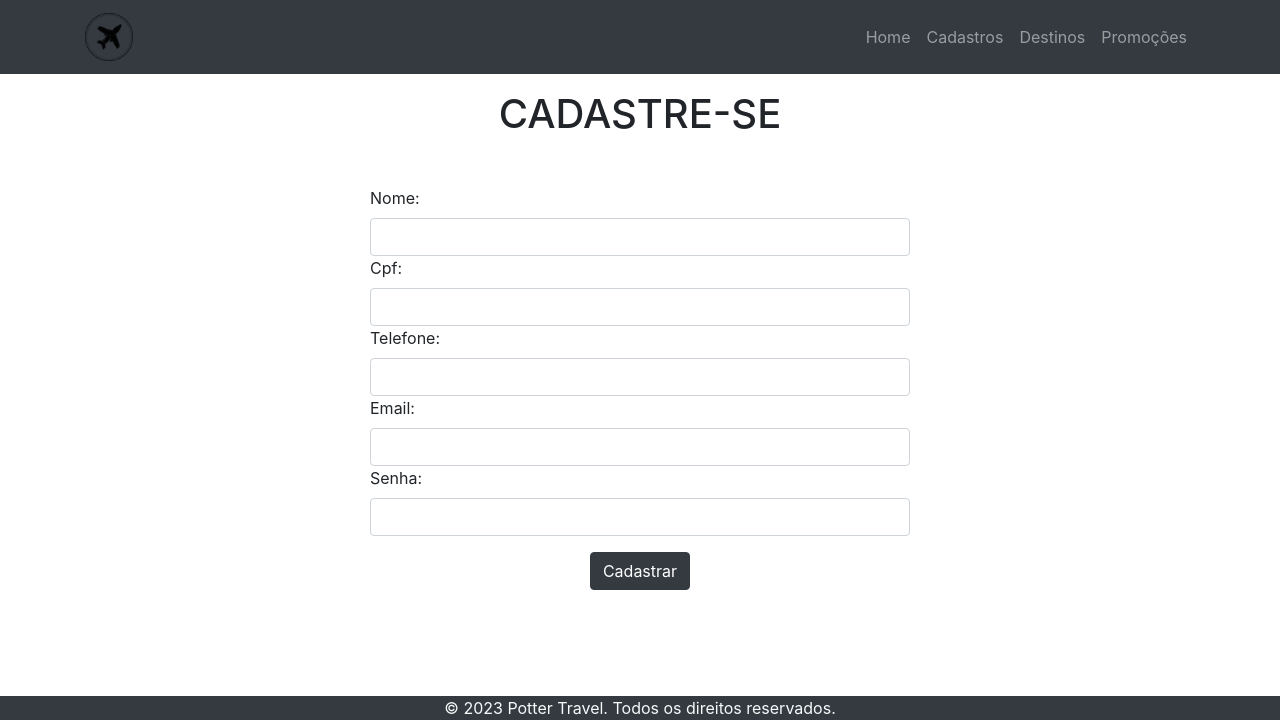
Repository: marcelledssantos/PotterTravel-MVC
Page: http://localhost/PotterTravel-MVC/cadastro.jsp
These files come from the project's save history. The page is drawn as it stood at one moment and after the next save; the edit follows.
The browser window is 1280 px wide. The pictures show the whole page.
Some web libraries are served in a nearby version. The page is served by Tomcat 9. Other server files are loaded and not shown.

Above is the page before, as saved 2023-11-03 00:02:55.

### PotterTravel-MVC/src/main/webapp/cadastro.jsp
<%@ page language="java" contentType="text/html; charset=UTF-8"
	pageEncoding="UTF-8"%>
<!DOCTYPE html>
<html>
<head>
<meta charset="UTF-8">

<link rel="stylesheet"
	href="https://maxcdn.bootstrapcdn.com/bootstrap/4.5.2/css/bootstrap.min.css">
<title>Create</title>
</head>
<body>
	<!-- Cabeçalho -->
	<header>
		<nav class="navbar navbar-expand-lg navbar-dark  bg-dark text-light">
			<div class="container">
				<a class="navbar-brand" href="#"><img src="./Icon/aviao.png"
					height="48px"></a>
				<button class="navbar-toggler" type="button" data-toggle="collapse"
					data-target="#navbarNav" aria-controls="navbarNav"
					aria-expanded="false" aria-label="Toggle navigation">
					<span class="navbar-toggler-icon"></span>
				</button>
				<div class="collapse navbar-collapse" id="navbarNav">
					<ul class="navbar-nav ml-auto">
						<li class="nav-item"><a class="nav-link" href="index.html">Home</a>
						</li>
						<li class="nav-item"><a class="nav-link"
							href="./ReadController">Cadastros</a></li>
						<li class="nav-item"><a class="nav-link" href="#">Destinos</a></li>
						<li class="nav-item"><a class="nav-link" href="#">Promoções</a>
						</li>
					</ul>
				</div>
			</div>
		</nav>
	</header>
	<div class="container">
		<div class="row justify-content-center">
			<div class="col-md-6">
				<h1 class="mt-3 text-center text-uppercase">Cadastre-se</h1>
				<form class="mt-5" action="CreateController" method="post">
					<div class="form-group">

						<label for="nome">Nome:</label> <input type="text" class="form-control" id="nome" name="nome" required>

						<label for="nome">Cpf:</label> <input type="text" class="form-control"
							id="cpf" name="cpf" required>

						<label for="nome">Telefone:</label> <input type="text" class="form-control" id="telefone"
							name="telefone" required>

						<label for="login">Email:</label> <input type="email" class="form-control" id="email" name="email"
							required>

						<label for="senha">Senha:</label> <input type="password" class="form-control" id="senha" name="senha"required>

					</div>

					<div class="col-12 text-center">
						<button type="submit" class="btn btn-dark mx auto">Cadastrar</button>
					</div>
				</form>
			</div>
		</div>
	</div>

	<footer class="bg-dark text-light text-center mt -5 fixed-bottom">
		&copy; 2023 Potter Travel. Todos os direitos reservados. </footer>

	<script src="https://code.jquery.com/jquery-3.5.1.slim.min.js"></script>
	<script
		src="https://cdn.jsdelivr.net/npm/@popperjs/core@2.5.3/dist/umd/popper.min.js"></script>
	<script
		src="https://maxcdn.bootstrapcdn.com/bootstrap/4.5.2/js/bootstrap.min.js"></script>

</body>
</html>

After the next save:
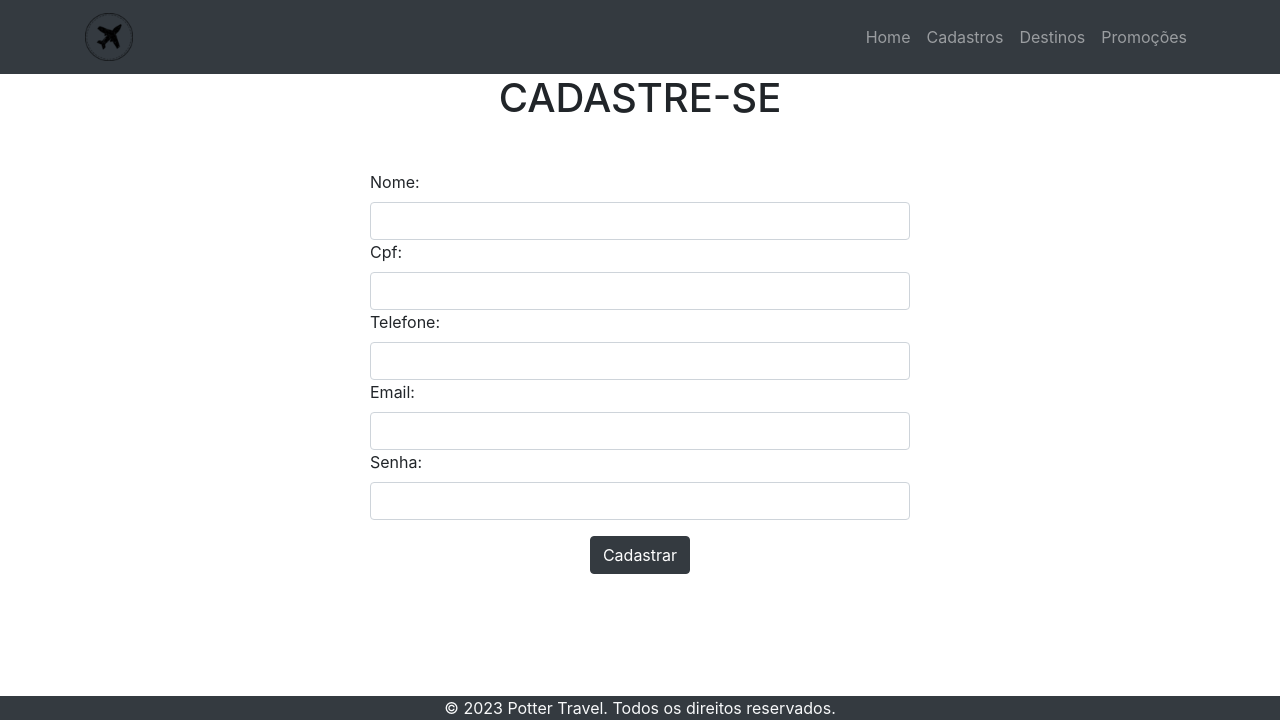
Saved 14 s later.
--- a/PotterTravel-MVC/src/main/webapp/cadastro.jsp
+++ b/PotterTravel-MVC/src/main/webapp/cadastro.jsp
@@ -38,7 +38,7 @@
 	<div class="container">
 		<div class="row justify-content-center">
 			<div class="col-md-6">
-				<h1 class="mt-3 text-center text-uppercase">Cadastre-se</h1>
+				<h1 class="mt-6 text-center text-uppercase">Cadastre-se</h1>
 				<form class="mt-5" action="CreateController" method="post">
 					<div class="form-group">
 
